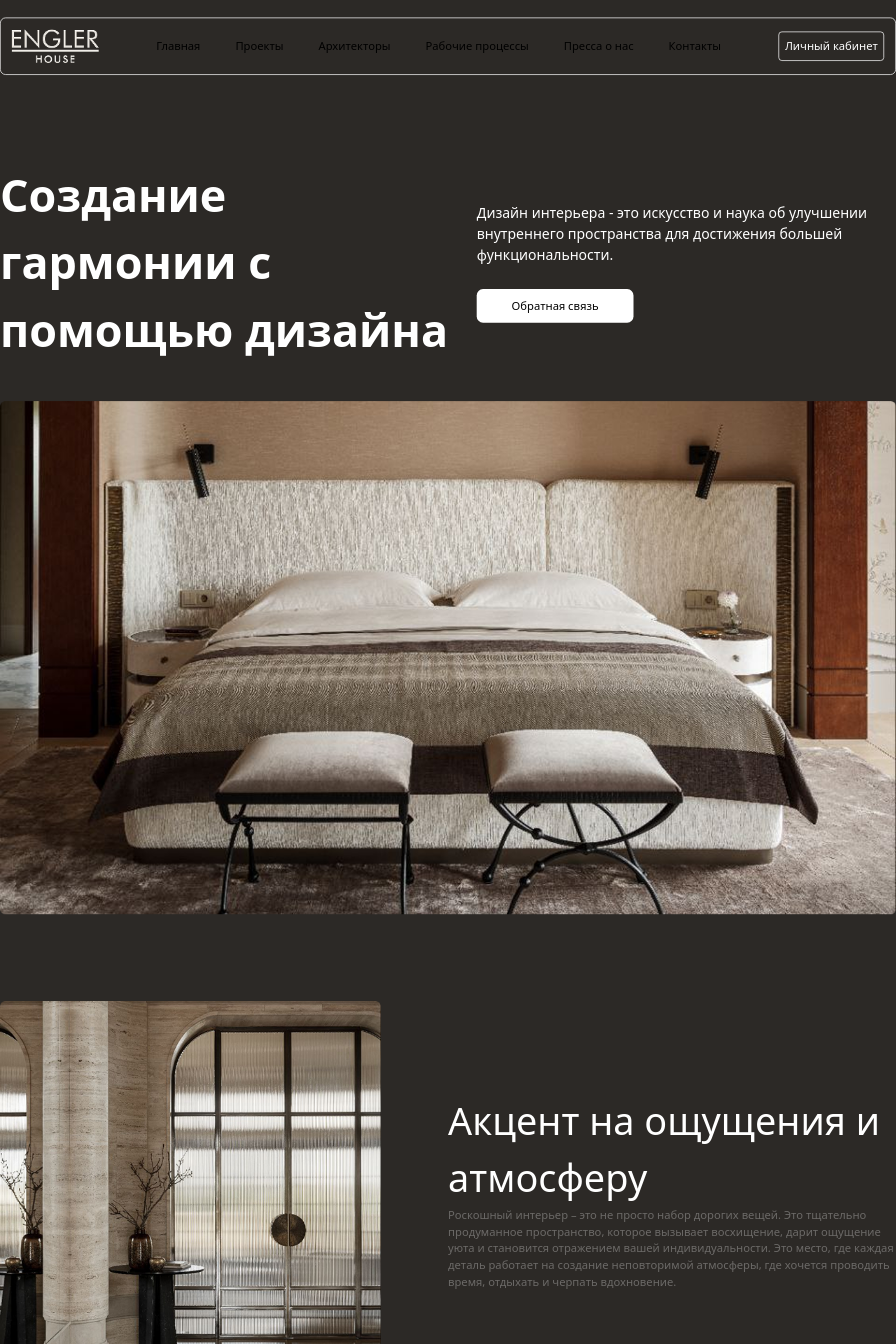
Repository: Quvonch299/figma
Page: pages/index.htm
These files come from the project's save history. The page is drawn as it stood at one moment and after the next save; the edit follows.
The browser window is 1280 px wide. The pictures show the part of the page from y = 0 to 1920 px (the page is 4280 px tall before and 4278 px after), at 70% of full size.

Above is the page before, as saved 2025-10-06 16:01:18.

After the next save:
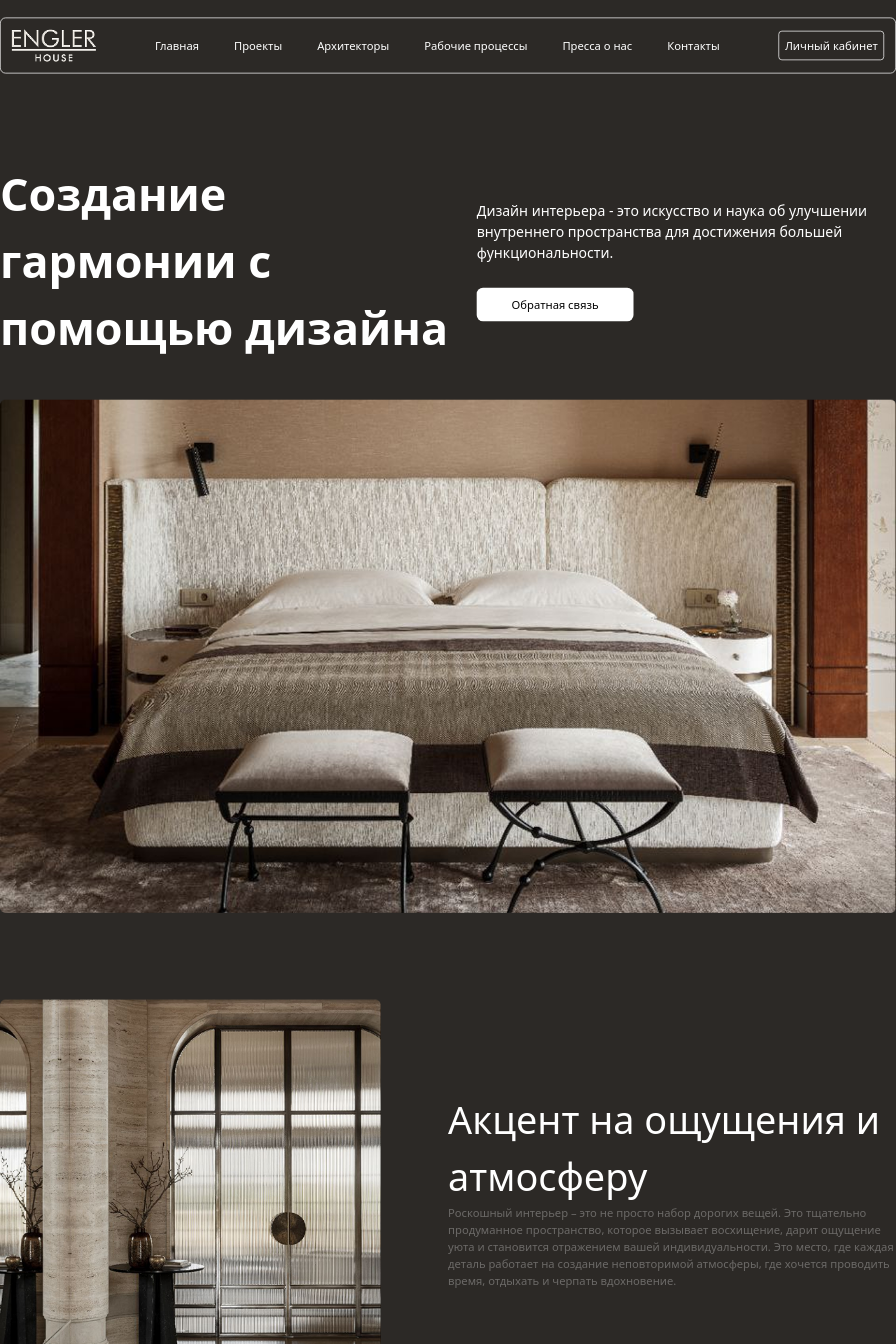
Saved 2 h 54 min later.
--- a/pages/index.htm
+++ b/pages/index.htm
@@ -13,37 +13,68 @@
 
 <body>
 
-    <header class="header ">
+    <header class="header bg-[#2C2926] text-white relative">
         <nav class="navbar pt-[25px]">
             <div class="container">
-                <div class="item flex justify-between items-center border border-white p-4 rounded-[8px]  bg-none">
+                <div class="item flex justify-between items-center border border-white p-4 rounded-[8px] bg-none">
+                    <!-- LOGO -->
                     <div class="logo">
-                        <img src="./imgs/foote logo.png" alt="">
-                    </div>
-                    <div class="list flex gap-[50px] ">
-                        <a class="text-[black] hover:font-bold hover:text-white/60 duration-300"
+                        <img src="./imgs/foote logo.png" alt="" class="w-[120px] max-sm:w-[90px]">
+                    </div>
+
+                    <!-- MENU BUTTON (faqat mobile) -->
+                    <button id="menu-btn"
+                        class="hidden max-sm:block text-white text-[28px] focus:outline-none border border-white rounded-[6px] px-2 py-1">
+                        ☰
+                    </button>
+
+                    <!-- NAV LINKS -->
+                    <div id="menu"
+                        class="list flex gap-[50px] items-center max-sm:hidden max-sm:flex-col max-sm:absolute max-sm:top-[100%] max-sm:left-0 max-sm:w-full max-sm:bg-[#2C2926] max-sm:border-t max-sm:border-white/30 max-sm:p-5 max-sm:gap-[20px] max-sm:z-50">
+                        <a class="text-white hover:font-bold hover:text-white/60 duration-300"
                             href="./index.htm">Главная</a>
-                        <a class="text-[black] hover:font-bold hover:text-white/60 duration-300"
+                        <a class="text-white hover:font-bold hover:text-white/60 duration-300"
                             href="./index.html">Проекты</a>
-                        <a class="text-[black] hover:font-bold hover:text-white/60 duration-300"
-                            href="./index3.html ">Архитекторы</a>
-                        <a class="text-[black] hover:font-bold hover:text-white/60 duration-300"
-                            href="./index4.html ">Рабочие
-                            процессы</a>
-                        <a class="text-[black] hover:font-bold hover:text-white/60 duration-300"
-                            href="./index5.html ">Пресса о
-                            нас</a>
-                        <a class="text-[black] hover:font-bold hover:text-white/60 duration-300"
-                            href="./index6.html ">Контакты</a>
-                    </div>
-                    <div class="btn">
-                        <button class="border p-2 rounded-[5px] border-white text-white">Личный кабинет</button>
-                    </div>
-
+                        <a class="text-white hover:font-bold hover:text-white/60 duration-300"
+                            href="./index3.html">Архитекторы</a>
+                        <a class="text-white hover:font-bold hover:text-white/60 duration-300"
+                            href="./index4.html">Рабочие процессы</a>
+                        <a class="text-white hover:font-bold hover:text-white/60 duration-300"
+                            href="./index5.html">Пресса о нас</a>
+                        <a class="text-white hover:font-bold hover:text-white/60 duration-300"
+                            href="./index6.html">Контакты</a>
+                    </div>
+
+                    <!-- BUTTON -->
+                    <div class="btn max-sm:hidden">
+                        <button
+                            class="border p-2 rounded-[5px] border-white text-white hover:bg-white hover:text-black duration-300">
+                            Личный кабинет
+                        </button>
+                    </div>
+                </div>
+
+                <!-- MOBILE BUTTON (pastda ko‘rinadi) -->
+                <div id="mobile-btn" class="hidden max-sm:flex justify-center mt-3">
+                    <button
+                        class="border p-2 rounded-[5px] border-white text-white hover:bg-white hover:text-black duration-300">
+                        Личный кабинет
+                    </button>
                 </div>
             </div>
         </nav>
     </header>
+
+    <!-- MENU SCRIPT -->
+    <script>
+        const menuBtn = document.getElementById('menu-btn');
+        const menu = document.getElementById('menu');
+
+        menuBtn.addEventListener('click', () => {
+            menu.classList.toggle('max-sm:hidden');
+        });
+    </script>
+
     <main class="mian">
         <section class="sec_1">
             <div class="container">
